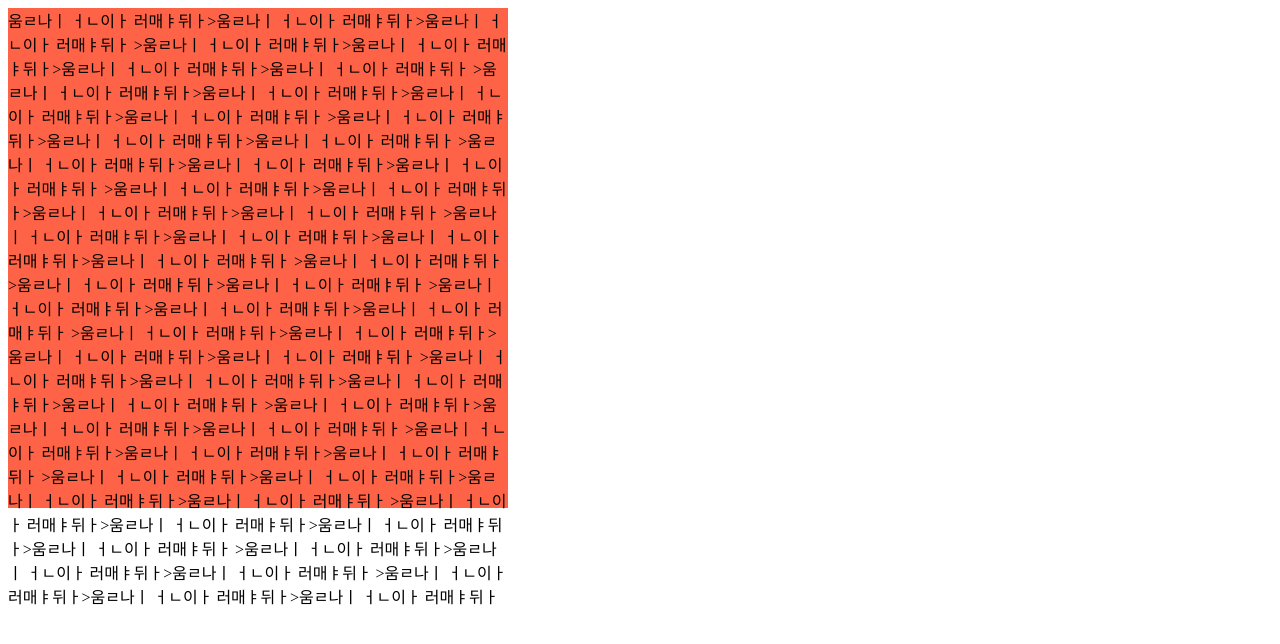
Repository: choidazzi/DDIT
Page: web programming/html/webpro/src/main/webapp/task/music.html
An editor plug-in stored every save of this project. The page is shown before and after the next save, followed by the edit.
The browser window is 1280 px wide. The pictures show the whole page.

Above is the page before, as saved 2023-05-02 12:28:10.

After the next save:
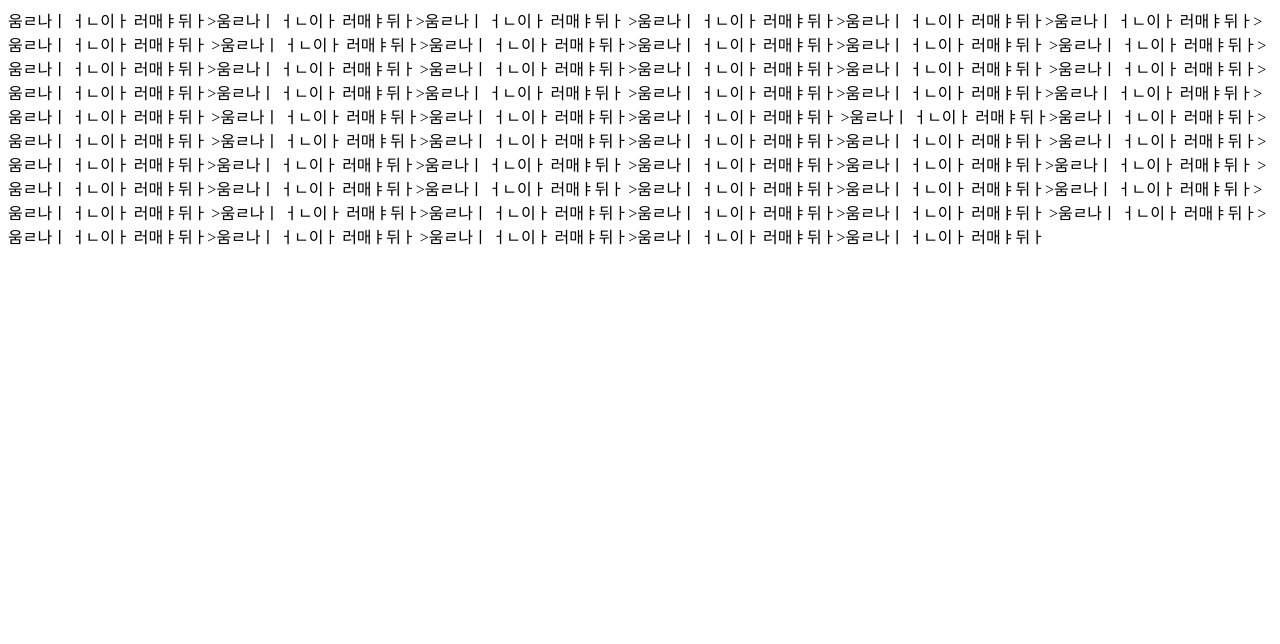
Saved 75 s later.
--- a/web programming/html/webpro/src/main/webapp/task/music.html
+++ b/web programming/html/webpro/src/main/webapp/task/music.html
@@ -4,11 +4,6 @@
 <meta charset="UTF-8">
 <title>music</title>
 <style>
-div {
-	width: 500px;
-	height: 500px;
-	background: tomato;
-}
 </style>
 </head>
 <body>
